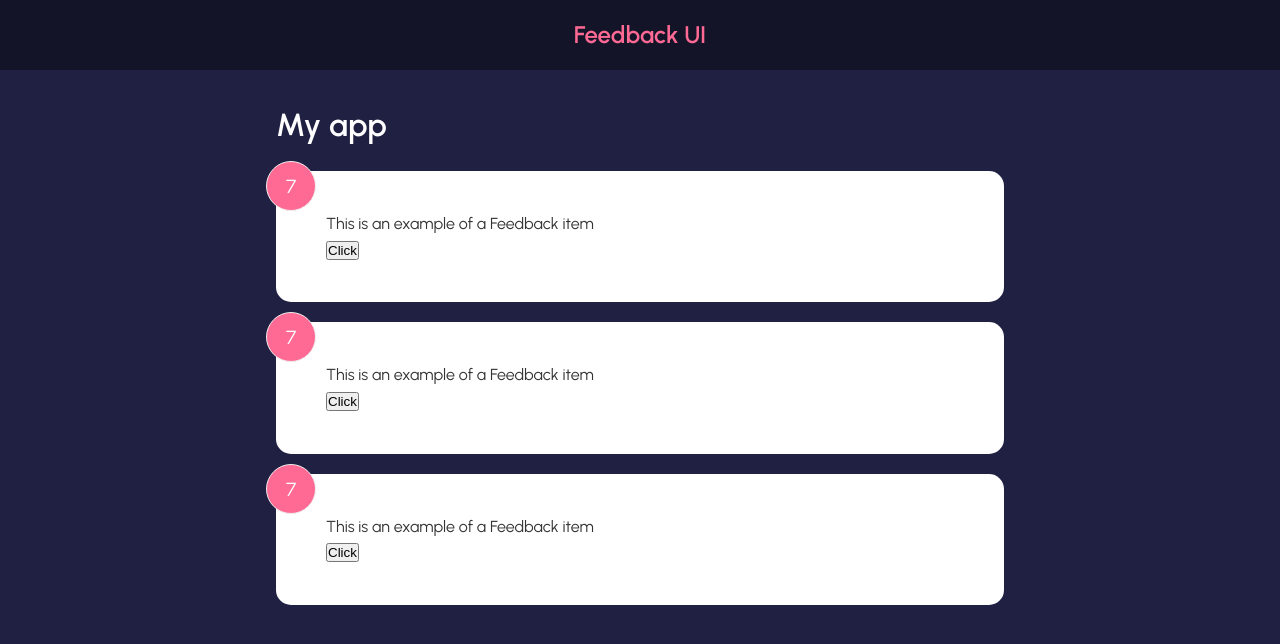
Repository: Vasil1001/feedback-project-react
Page: /
An editor plug-in stored every save of this project. The page is shown before and after a run of saves, followed by the edit.
The browser window is 1280 px wide. The pictures show the whole page.
The project was rebuilt for these pictures with package versions that can differ from the ones it lists, and the page was loaded fresh each time. Also part of the build but not shown: vite.config.js.

Above is the page before, as saved 2022-12-28 22:27:07.

### src/App.jsx
import { useState } from 'react'
import './App.css'
import FeedbackList from './components/FeedbackList'
import Header from './components/Header'
import FeedbackData from './data/FeedbackData'

function App() {
  const [feedback, setFeedback] = useState(FeedbackData)

  return (
    <div>
      <Header />
      <div className="container">
        <h1>My app</h1>
        <FeedbackList feedback={feedback}/>
      </div>
    </div>
  )
}

export default App

### src/App.css
@import url('https://fonts.googleapis.com/css2?family=Poppins:wght@400;600;700&display=swap');
@import url('https://fonts.googleapis.com/css2?family=DM+Sans:wght@400;700&family=Roboto+Condensed:wght@300;400;700&family=Urbanist:wght@100;300;400;600&display=swap');
* {
  box-sizing: border-box;
  margin: 0;
  padding: 0;
}

body {
  font-family: 'Urbanist', sans-serif;
  background-color: #202142;
  color: #fff;
  line-height: 1.6;
}

ul {
  list-style: none;
}

.container {
  max-width: 768px;
  margin: auto;
  padding: 0 20px;
}

header {
  height: 70px;
  width: 100%;
  display: flex;
  justify-content: space-between;
  align-items: center;
  margin-bottom: 30px;
}

.card {
  background-color: #fff;
  color: #333;
  border-radius: 15px;
  padding: 40px 50px;
  margin: 20px 0;
  position: relative;
}

.card.reverse {
  background-color: rgba(0, 0, 0, 0.4);
  color: #fff;
}

.card h2 {
  font-size: 22px;
  font-weight: 600;
  text-align: center;
}

.rating {
  display: flex;
  align-items: center;
  justify-content: space-around;
  margin: 30px 0 40px;
}

.rating li,
.num-display {
  position: relative;
  background: #f4f4f4;
  width: 50px;
  height: 50px;
  padding: 10px;
  text-align: center;
  border-radius: 50%;
  font-size: 19px;
  border: 1px #eee solid;
  transition: 0.3s;
}

.rating li label {
  position: absolute;
  top: 50%;
  left: 50%;
  width: 50px;
  height: 50px;
  padding: 10px;
  border-radius: 50%;
  transform: translate(-50%, -50%);
  cursor: pointer;
}

.rating li:hover,
.num-display {
  background: #ff6a95;
  color: #fff;
}

[type='radio'] {
  opacity: 0;
}

[type='radio']:checked ~ label {
  background: #ff6a95;
  color: #fff;
}

.input-group {
  display: flex;
  flex-direction: row;
  border: 1px solid #ccc;
  padding: 8px 10px;
  border-radius: 8px;
}

input {
  flex-grow: 2;
  border: none;
  font-size: 16px;
}

input:focus {
  outline: none;
}

.feedback-stats {
  color: #fff;
  display: flex;
  justify-content: space-between;
  align-items: center;
}

.num-display {
  position: absolute;
  top: -10px;
  left: -10px;
}

.close,
.edit {
  position: absolute;
  top: 10px;
  right: 20px;
  cursor: pointer;
  background: none;
  border: none;
}

.edit {
  right: 40px;
}

.btn {
  color: #fff;
  border: 0;
  border-radius: 8px;
  color: #fff;
  width: 100px;
  height: 40px;
  cursor: pointer;
}

.btn-primary {
  background-color: #202142;
}

.btn-secondary {
  background: #ff6a95;
}

.btn:hover {
  transform: scale(0.98);
  opacity: 0.9;
}

.btn:disabled {
  background-color: #cccccc;
  color: #333;
  cursor: auto;
}

.btn:disabled:hover {
  transform: scale(1);
  opacity: 1;
}

.message {
  padding-top: 10px;
  text-align: center;
  color: rebeccapurple;
}

/* FIX: Remove position: absolute to keep about icon at the bottom of the
 * document */
.about-link {
  display: flex;
  justify-content: flex-end;
}

/* FIX: Remove position: absolute to keep about icon at the bottom of the
 * document */
.about-link a {
  color: #fff;
  cursor: pointer;
}

.about-link a:hover {
  color: #ff6a95;
}

.about h1 {
  margin-bottom: 20px;
}

.about p {
  margin: 10px 0;
}

@media (max-width: 600px) {
  .rating li {
    margin: 10px 3px;
  }

  .rating {
    display: flex;
    align-items: center;
    justify-content: center;
    flex-wrap: wrap;
    margin: 30px 0 40px;
  }

  .input-group input {
    width: 80%;
  }
}

### src/components/FeedbackList.jsx
import React from 'react'
import FeedbackItem from './FeedbackItem'

export default function FeedbackList({ feedback }) {
    return (
        <div className="feedback-list">
            {feedback.length > 0 ? feedback.map((item) => (
                <FeedbackItem key={item.id} item={item}/>
            ))
                : <p>No feedback yet</p>}
        </div>
    )
}

### src/components/Header.jsx
import React from 'react'

function Header({ text }) {
    return (
        <header style={{backgroundColor: 'rgba(0,0,0,0.4', color: '#ff6a95'}}>
            <div className="container">
                <h2>{text}</h2>
            </div>
        </header>
    )
}
Header.defaultProps = {
    text: 'Feedback UI',
}
export default Header

### src/components/FeedbackItem.jsx
import React, { useState } from 'react'

function FeedbackItem({item}) {
    const [rating, setRating] = useState(7)
    const [text, setText] = useState('This is an example of a Feedback item')

    const handleClick = () => {
        setRating((prev) => {
            return prev + 1
        })
    }

    return (
        <div className="card">
            <div className="num-display">{rating}</div>
            <div className="text-display">{text}</div>
            <button onClick = {handleClick}>Click</button>
        </div>
    )
}

export default FeedbackItem

Loaded but not shown: index.html (common file); src/main.jsx (common file); src/data/FeedbackData.jsx (common file)

After the next 4 saves:
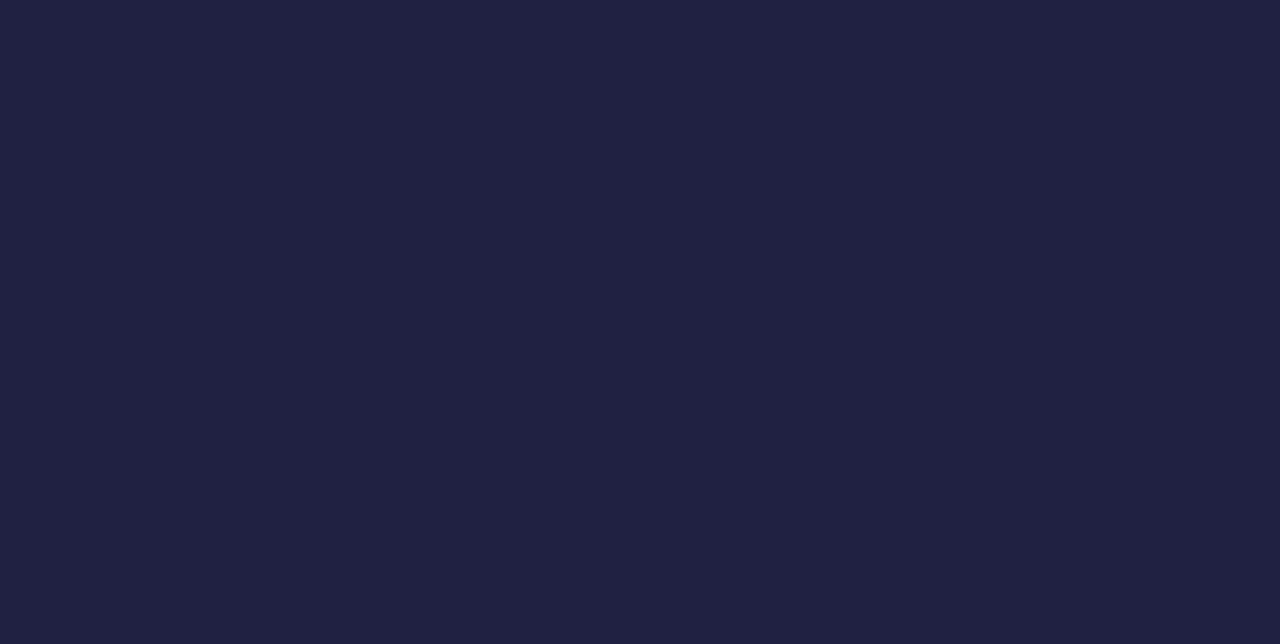
Console error: ReferenceError: rating is not defined
The 4 saves are shown as one change because they came seconds apart.
The last was saved 14 s later.
--- a/src/components/FeedbackItem.jsx
+++ b/src/components/FeedbackItem.jsx
@@ -1,20 +1,10 @@
 import React, { useState } from 'react'
 
 function FeedbackItem({item}) {
-    const [rating, setRating] = useState(7)
-    const [text, setText] = useState('This is an example of a Feedback item')
-
-    const handleClick = () => {
-        setRating((prev) => {
-            return prev + 1
-        })
-    }
-
     return (
         <div className="card">
             <div className="num-display">{rating}</div>
             <div className="text-display">{text}</div>
-            <button onClick = {handleClick}>Click</button>
         </div>
     )
 }

After the 2 saves that followed:
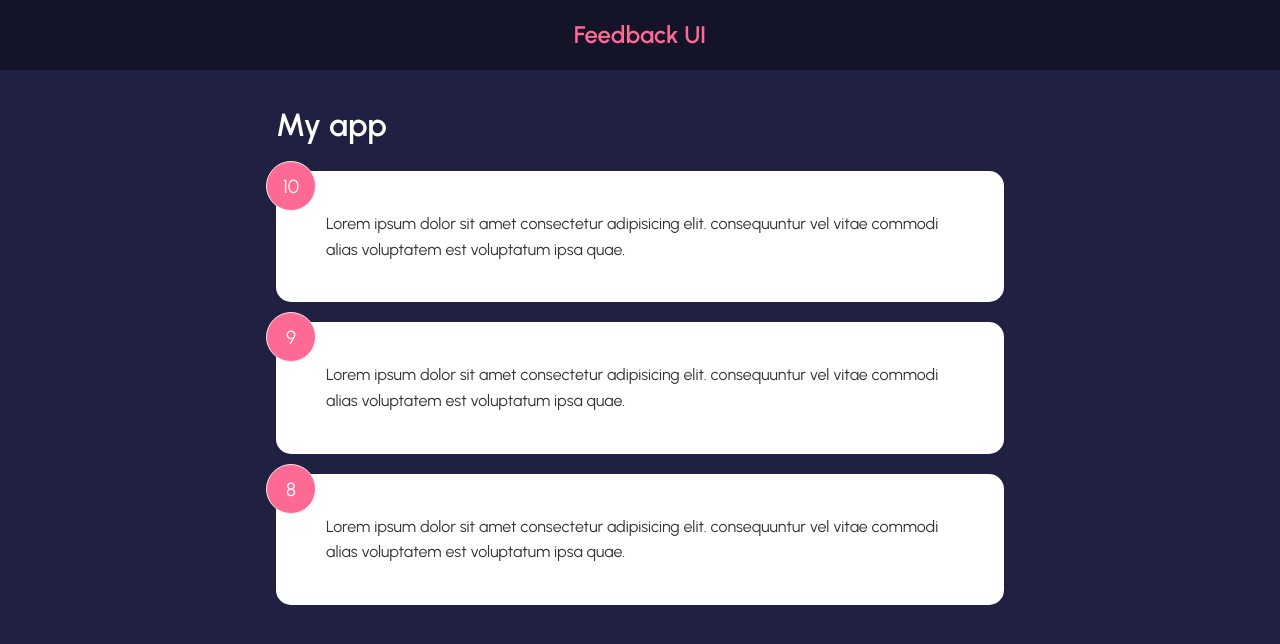
The error is gone.
The 2 saves are shown as one change because they came seconds apart.
The last was saved 10 s later.
--- a/src/components/FeedbackItem.jsx
+++ b/src/components/FeedbackItem.jsx
@@ -3,8 +3,8 @@
 function FeedbackItem({item}) {
     return (
         <div className="card">
-            <div className="num-display">{rating}</div>
-            <div className="text-display">{text}</div>
+            <div className="num-display">{item.rating}</div>
+            <div className="text-display">{item.text}</div>
         </div>
     )
 }
